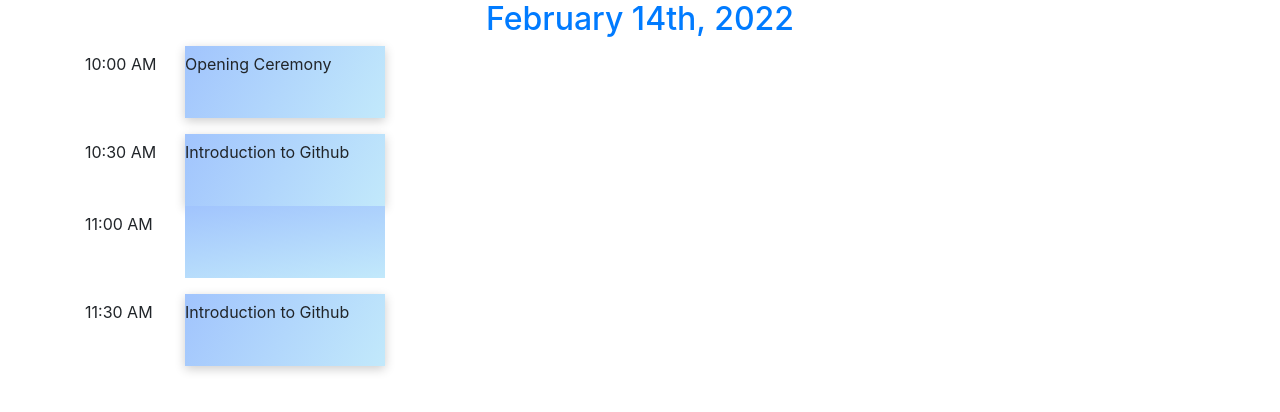
Repository: BaileyLuu/yuHacks2022
Page: public/schedule.html
The author's editor kept a copy of each file at every save. The page is drawn from the files as they stood at one save, then again after the next save.
The browser window is 1280 px wide. The pictures show the whole page.
Some web libraries are served in a nearby version.

Above is the page before, as saved 2021-11-20 13:19:38.

### public/schedule.html
<!DOCTYPE html>
<html lang="en">

<head>
    <meta charset="UTF-8">
    <meta http-equiv="X-UA-Compatible" content="IE=edge">
    <meta name="viewport" content="width=device-width, initial-scale=1.0">

    <script src="https://ajax.googleapis.com/ajax/libs/jquery/3.5.1/jquery.min.js"></script>

    <!-- Popper JS -->
    <script src="https://cdnjs.cloudflare.com/ajax/libs/popper.js/1.12.9/umd/popper.min.js"
        integrity="sha384-ApNbgh9B+Y1QKtv3Rn7W3mgPxhU9K/ScQsAP7hUibX39j7fakFPskvXusvfa0b4Q"
        crossorigin="anonymous"></script>

    <!-- Latest compiled JavaScript -->
    <script src="https://maxcdn.bootstrapcdn.com/bootstrap/4.0.0/js/bootstrap.min.js"
        integrity="sha384-JZR6Spejh4U02d8jOt6vLEHfe/JQGiRRSQQxSfFWpi1MquVdAyjUar5+76PVCmYl"
        crossorigin="anonymous"></script>

    <!-- Latest compiled and minified CSS -->
    <link rel="stylesheet" href="https://maxcdn.bootstrapcdn.com/bootstrap/4.0.0/css/bootstrap.min.css"
        integrity="sha384-Gn5384xqQ1aoWXA+058RXPxPg6fy4IWvTNh0E263XmFcJlSAwiGgFAW/dAiS6JXm" crossorigin="anonymous">

    <!-- AOS CSS Library CDN -->
    <link href="https://unpkg.com/aos@2.3.1/dist/aos.css" rel="stylesheet">
    <!-- Bootstrap Icons -->
    <link rel="stylesheet" href="https://cdn.jsdelivr.net/npm/bootstrap-icons@1.7.0/font/bootstrap-icons.css">



    <script src="https://code.jquery.com/jquery-3.2.1.slim.min.js"
        integrity="sha384-KJ3o2DKtIkvYIK3UENzmM7KCkRr/rE9/Qpg6aAZGJwFDMVNA/GpGFF93hXpG5KkN"
        crossorigin="anonymous"></script>
    <link rel="stylesheet" href="./schedule.css">
    <script src="schedule.js"></script>
    <script src="https://ajax.googleapis.com/ajax/libs/jquery/3.3.1/jquery.min.js"></script>
    <title>yuHacks Schedule</title>
</head>

<body>
    <section class="">
        <div class="container">
            <h2 class="text-primary title text-center">February 14th, 2022</h1>

                <!-- <div class="row row-cols-2">
          <div class="col">Column</div>
          <div class="col">Column</div>
          <div class="col">Column</div>
          <div class="col">Column</div>
          <div class="col">Column</div>
          <div class="col">Column</div>

        </div>
        <div class="row row-cols-2">
            <div class="col">Column</div>
            <div class="col">Column</div>
            <div class="col">Column</div>
            <div class="col">Column</div>
            <div class="col">Column</div>
            <div class="col">Column</div>

          </div> -->
                <div class="schedule-table">



                    <div class="box schedule-time mb-3">
                        <div class="schedule-time" style="width: 100px;">10:00 AM</div>
                        <div class="session-box schedule-time">Opening Ceremony</div>

                    </div>
                    <div class="box schedule-time">
                        <div class="schedule-time" style="width: 100px;">10:30 AM</div>
                        <div class="session-box schedule-time">Introduction to Github</div>

                    </div>
                    <div class="box schedule-time mb-3">
                        <div class="schedule-time" style="width: 100px;">11:00 AM</div>
                        <div class="extra-time schedule-time"></div>

                    </div>
                    <div class="box schedule-time">
                        <div class="schedule-time" style="width: 100px;">11:30 AM</div>
                        <div class="session-box schedule-time">Introduction to Github</div>

                    </div>

                    <!-- <div class="col-md-8">
              <div>Introduction to Github</div>
              <div></div>
              <div>Introduction to Bootstrap</div>
          </div> -->

                </div>
        </div>
    </section>

    <script src="https://cdnjs.cloudflare.com/ajax/libs/jquery/3.6.0/jquery.min.js"
        integrity="sha512-894YE6QWD5I59HgZOGReFYm4dnWc1Qt5NtvYSaNcOP+u1T9qYdvdihz0PPSiiqn/+/3e7Jo4EaG7TubfWGUrMQ=="
        crossorigin="anonymous" referrerpolicy="no-referrer"></script>
    <!-- Option 1: Bootstrap Bundle with Popper -->
    <script src="https://cdn.jsdelivr.net/npm/bootstrap@5.1.3/dist/js/bootstrap.bundle.min.js"
        integrity="sha384-ka7Sk0Gln4gmtz2MlQnikT1wXgYsOg+OMhuP+IlRH9sENBO0LRn5q+8nbTov4+1p"
        crossorigin="anonymous"></script>

    <script src="https://unpkg.com/aos@2.3.1/dist/aos.js"></script>
    <script>
        AOS.init({
            offset: 500,
            duration: 800,
            once: true,
        }

        );
    </script>
</body>

</html>

### public/schedule.css
/* body {
    background-color: #141c3c;
  } */

.schedule-time{
  display:flex;
  flex-direction: column;
  width: 200px;
  height:10vh;
  box-sizing: border-box;
  z-index: 50;
  line-height: 5vh;
  flex-wrap: wrap;
}
.session-box{
  background-image: linear-gradient(120deg, #a1c4fd 0%, #c2e9fb 100%);
  box-shadow: 0 3px 10px rgb(0 0 0 / 0.2);
  position:relative;
  flex-wrap: wrap;
}
.extra-time{
  background-image: linear-gradient(350deg, #c2e9fb 0%, #a1c4fd 100%);
  /* box-shadow: 0 3px 10px rgb(0 0 0 / 0.2); */
  position:relative;
  flex-wrap: wrap;
  border:0;
}
.empty-box{
  background-image: white;
  box-shadow: 0 3px 10px rgb(0 0 0 / 0.2);
  position:relative;
  flex-wrap: wrap;
}
.schedule-table{
  display:flex;
  flex-direction:column;

}
/* .box>* {
  flex: 1 1 70px;
} */

Loaded but not shown: public/schedule.js (no copy from this time; the picture is the same without it)

After the next save:
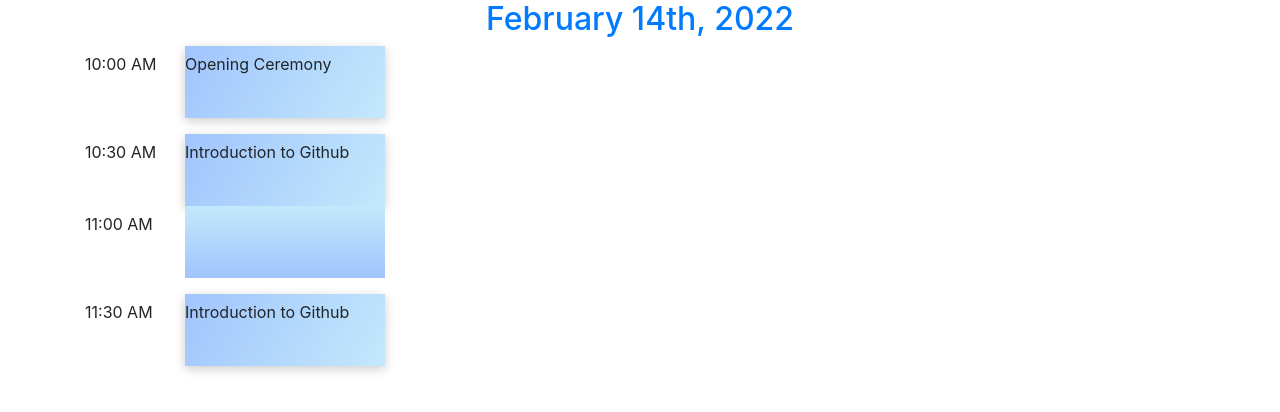
Saved 31 s later.
--- a/public/schedule.css
+++ b/public/schedule.css
@@ -19,7 +19,7 @@
   flex-wrap: wrap;
 }
 .extra-time{
-  background-image: linear-gradient(350deg, #c2e9fb 0%, #a1c4fd 100%);
+  background-image: linear-gradient(180deg, #c2e9fb 0%, #a1c4fd 100%);
   /* box-shadow: 0 3px 10px rgb(0 0 0 / 0.2); */
   position:relative;
   flex-wrap: wrap;
